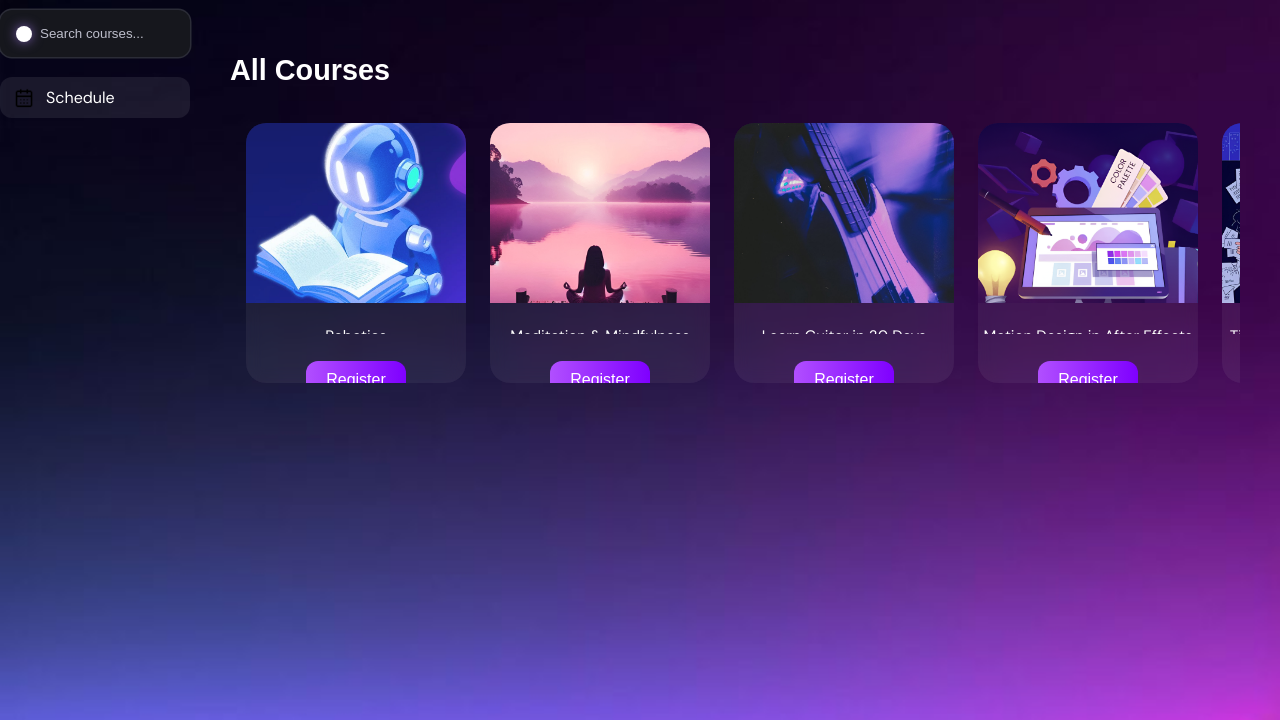
Repository: damndana/UIREN
Page: http://localhost/courses/
An editor plug-in stored every save of this project. The page is shown before and after a run of saves, followed by the edit.
The browser window is 1280 px wide. The pictures show the whole page.
The page is served by the project's application, run on Django 5.2 (manage.py). The page reads the database file committed with the project.

Above is the page before, as saved 2025-04-22 00:56:19.

After the next 2 saves:
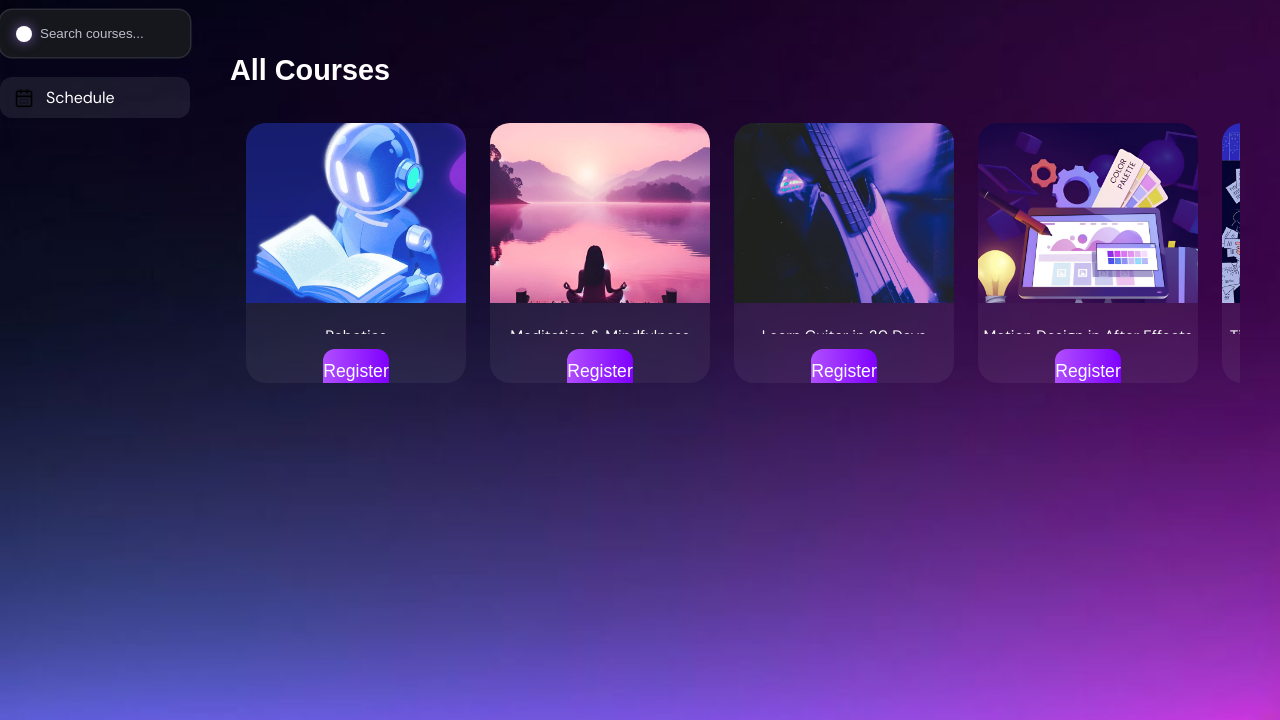
The 2 saves are shown as one change because they came seconds apart.
The last was saved 16 s later.
--- a/main/templates/courses.html
+++ b/main/templates/courses.html
@@ -45,14 +45,14 @@
     <div class="carousel-wrapper">
       <div class="carousel">
         {% for course in courses %}
-        <div class="card">
-          <img src="{% static course.image %}" alt="{{ course.title }}">
-          <p>{{ course.title }}</p>
-          <form method="post" action="{% url 'register_course' course.id %}">
-            {% csrf_token %}
-            <button type="submit" class="register-btn">Register</button>
-          </form>
-        </div>
+          <div class="card">
+            <img src="{{ course.image.url }}" alt="{{ course.title }}">
+            <p>{{ course.title }}</p>
+            <form action="{% url 'register_course' course_id=course.id %}" method="post">
+              {% csrf_token %}
+              <button type="submit" class="signin-btn">Register</button>
+            </form>
+          </div>
         {% endfor %}
       </div>
     </div>
